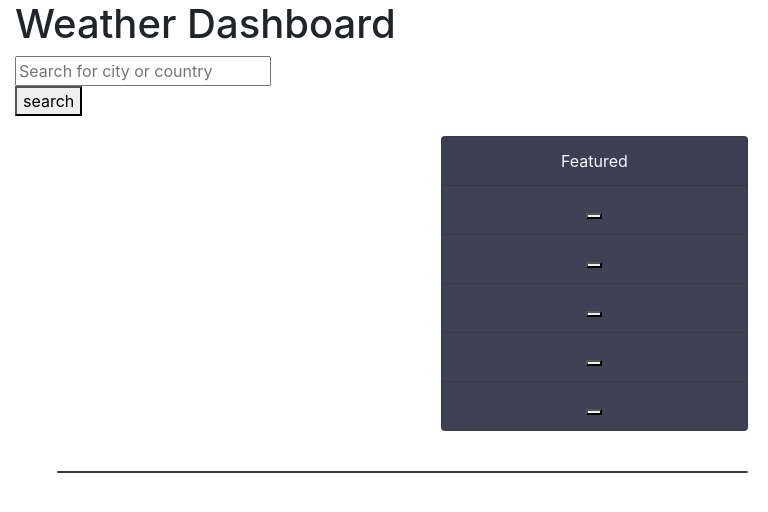
Repository: cobalt88/weather-forecast-app
Page: index.html
An editor plug-in stored every save of this project. The page is shown before and after the next save, followed by the edit.
The browser window is 768 px wide. The pictures show the whole page.
The page's requests for data from a server got no answer. Some web libraries are served in a nearby version.

Above is the page before, as saved 2022-05-23 08:16:03.

After the next save:
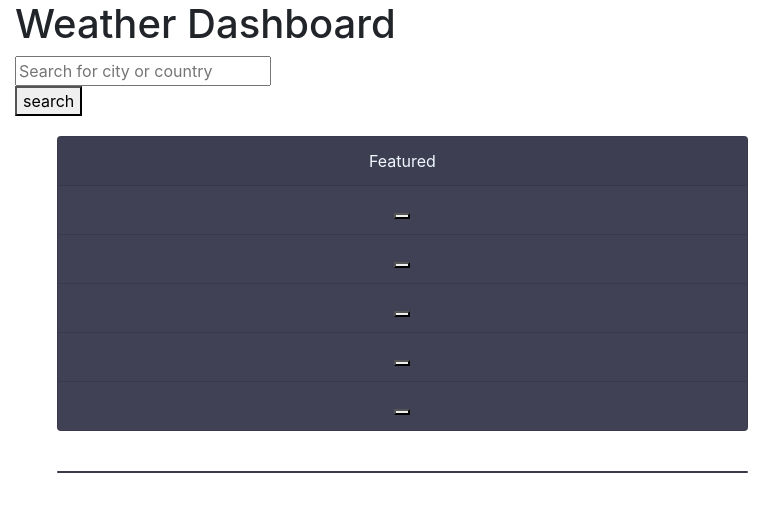
Saved 28 s later.
--- a/assets/style.css
+++ b/assets/style.css
@@ -71,7 +71,4 @@ img {
     width: 90%;
   }
 
-  .card {
-    width: 40%;
-  }
 }
